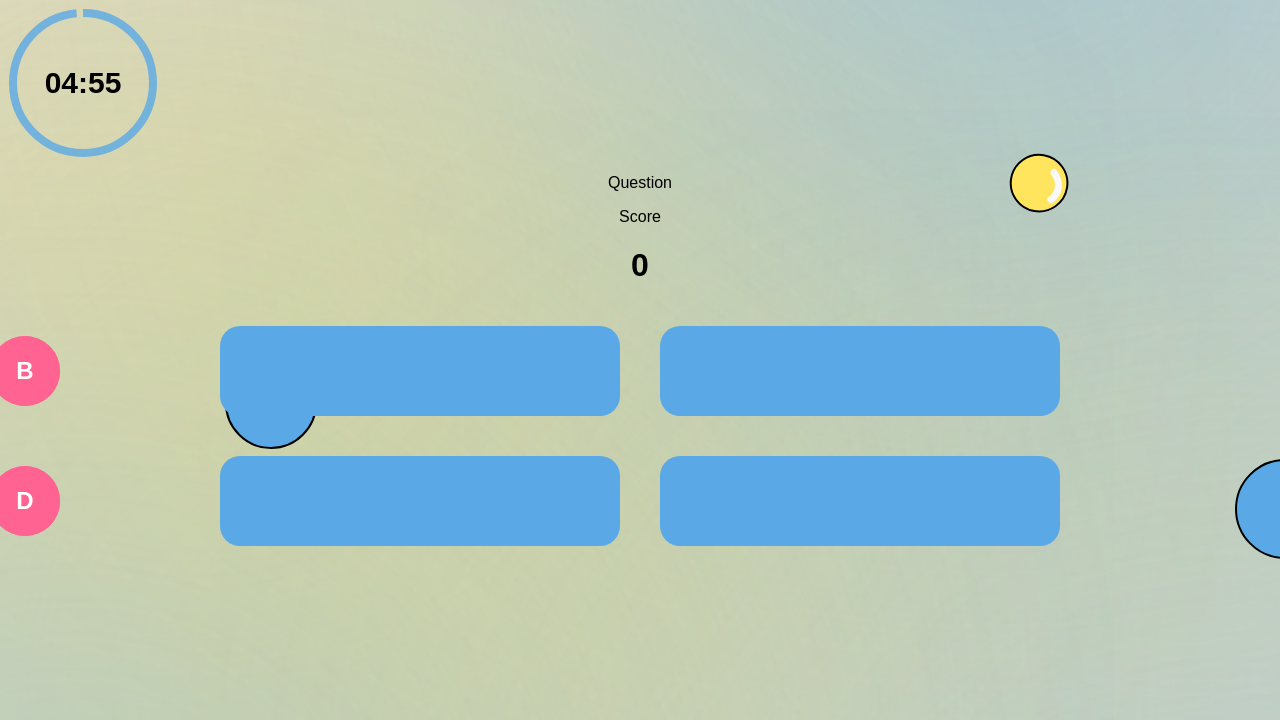
Repository: sierralaurent/SmartiePants
Page: quiz.html
These files come from the project's save history. The page is drawn as it stood at one moment and after the next save; the edit follows.
The browser window is 1280 px wide. The pictures show the whole page.
The page's requests for data from a server got no answer.

Above is the page before, as saved 2023-05-16 21:59:13.

### quiz.html
<!DOCTYPE html>
<html lang="en">
    <!--Actual Quiz page-->
  <head>
    <meta charset="UTF-8" />
    <meta name="viewport" content="width=device-width, initial-scale=1.0" />
    <meta http-equiv="X-UA-Compatible" content="ie=edge" />
    <title>SMARTIEPANTS | PLAY</title>
    <link rel="stylesheet" href="quiz.css" />
  </head>
<body>
  <div id="time">
    <div class="circle" style="--clr:#ff2972">
        <div class="dots"></div>
        <svg>
            <circle cx="70" cy="70" r="70" id="dd"></circle>
        </svg>
        <div id="timeLeft">00:00</div>
    </div>
</div>

<div class="container">
    <div id="loader"></div>
    <div id="game" >
      <div id="hud">
        <div id="hud-item">
          <p id="progressText">
            Question
          </p>
          <div id="progressBar">
            <div id="progressBarFull"></div>
          </div>
        </div>
        <div id="hud-item">
          <p>
            Score
          </p>
          <h1 id="score">
            0
          </h1>
        </div>
      </div>
      <h2 id="question"></h2>
      <div class="choice-a-b">
        <div class="choice-container">
          <p class="choice-prefix">A </p> &nbsp;
          <p class="choice-text" data-number="1"></p>
        </div>
        <div class="choice-container">
          <p class="choice-prefix">B </p>&nbsp;
          <p class="choice-text" data-number="2"></p>
        </div>
      </div>


<div class="choice-c-d">
  <div class="choice-container">
    <p class="choice-prefix">C </p>
    <p class="choice-text" data-number="3"></p>
  </div>
  <div class="choice-container">
    <p class="choice-prefix">D </p>
    <p class="choice-text" data-number="4"></p>
  </div>
</div>

    </div>
  </div>
  <script src="quiz.js"></script>
  <script src="timer.js"></script>
</body>
</html>

### quiz.css
body {
    background-image: url('./background.svg');
}

#time .circle svg{
    position: relative;
    width: 150px;
    height: 150px;
    transform: rotate(270deg);
    }

    #time .circle svg circle{
        fill: transparent;
        stroke-width: 8;
        stroke: rgba(90, 169, 230, 0.8);
        transform: translate(5px,5px);
        stroke-dasharray: 440;
    }

    #time .circle{
        position: relative;
        width: 150px;
        height: 150px;
        display: flex;
        justify-content: center;
        align-items: center;
    }

    #time div{
        position: absolute;
        text-align: center;
        font-family: Arial, Helvetica, sans-serif;
        font-weight: bold;
        font-size: 30px;
    }

    .container{
        display: flex;
        justify-content: center;
        text-align: center;
        font-family: Arial, Helvetica, sans-serif;
    }

.choice-container{
    display: flex;
    align-items: center;
    background-color: rgba(90, 169, 230, 1);
    margin: 20px;
    justify-content: center;
    font-size: 24px;
    padding: 20px;
    border-radius: 20px;
    color: white;
    width: 360px;
    height: 50px;
    font-weight: bold;

}

.choice-a-b{
    display: flex;
     justify-content: center;
}

.choice-c-d{
    display: flex;
     justify-content: center;
}

.choice-prefix{
   width: 70px;
  height: 70px;
  border-radius: 100%;
  background: #FF6392;
  color: white;
  display: flex;
  align-items: center;
  justify-content: center;
  font-size: 24px;
position: absolute; /* Position the circle absolutely */
  left: -10px;
}

### quiz.js
const question = document.getElementById('question');
const choices = Array.from(document.getElementsByClassName('choice-text'));
const progressText = document.getElementById('progressText');
const scoreText = document.getElementById('score');
const progressBarFull = document.getElementById('progressBarFull');
const loader = document.getElementById('loader');
const game = document.getElementById('game');
let currentQuestion = {};
let acceptingAnswers = false;
let score = 0;
let questionCounter = 0;
let availableQuesions = [];

let questions = [];

fetch(
    'https://opentdb.com/api.php?amount=10&difficulty=easy&type=multiple'
)
    .then((res) => {
        return res.json();
    })
    .then((loadedQuestions) => {
        questions = loadedQuestions.results.map((loadedQuestion) => {
            const formattedQuestion = {
                question: loadedQuestion.question,
            };

            const answerChoices = [...loadedQuestion.incorrect_answers];
            formattedQuestion.answer = Math.floor(Math.random() * 4) + 1;
            answerChoices.splice(
                formattedQuestion.answer - 1,
                0,
                loadedQuestion.correct_answer
            );

            answerChoices.forEach((choice, index) => {
                formattedQuestion['choice' + (index + 1)] = choice;
            });

            return formattedQuestion;
        });

        startGame();
    })
    .catch((err) => {
        console.error(err);
    });

//CONSTANTS
const CORRECT_BONUS = 10;
const MAX_QUESTIONS = 10;

startGame = () => {
    questionCounter = 0;
    score = 0;
    availableQuesions = [...questions];
    getNewQuestion();
    game.classList.remove('hidden');
    loader.classList.add('hidden');
};

getNewQuestion = () => {
    if (availableQuesions.length === 0 || questionCounter >= MAX_QUESTIONS) {
        localStorage.setItem('mostRecentScore', score);
        //go to the end page
        return window.location.assign('/end.html');
    }
    questionCounter++;
    progressText.innerText = `Question ${questionCounter}/${MAX_QUESTIONS}`;
    //Update the progress bar
    progressBarFull.style.width = `${(questionCounter / MAX_QUESTIONS) * 100}%`;

    const questionIndex = Math.floor(Math.random() * availableQuesions.length);
    currentQuestion = availableQuesions[questionIndex];
    question.innerHTML = currentQuestion.question;

    choices.forEach((choice) => {
        const number = choice.dataset['number'];
        choice.innerHTML = currentQuestion['choice' + number];
    });

    availableQuesions.splice(questionIndex, 1);
    acceptingAnswers = true;
};

choices.forEach((choice) => {
    choice.addEventListener('click', (e) => {
        if (!acceptingAnswers) return;

        acceptingAnswers = false;
        const selectedChoice = e.target;
        const selectedAnswer = selectedChoice.dataset['number'];

        const classToApply =
            selectedAnswer == currentQuestion.answer ? 'correct' : 'incorrect';

        if (classToApply === 'correct') {
            incrementScore(CORRECT_BONUS);
        }

        selectedChoice.parentElement.classList.add(classToApply);

        setTimeout(() => {
            selectedChoice.parentElement.classList.remove(classToApply);
            getNewQuestion();
        }, 1000);
    });
});

incrementScore = (num) => {
    score += num;
    scoreText.innerText = score;
};

### timer.js

        let timeLeft = document.getElementById("timeLeft");
        let countdownCircle = document.getElementById('dd');
        let dots = document.querySelector('.dots');
        let endTime = new Date();
        endTime.setMinutes(endTime.getMinutes() + 5);

        let x = setInterval(function(){
            let now = new Date().getTime();
            let distance = endTime - now;


            let minutes = Math.floor((distance % (1000 * 60 * 60)) / (1000 * 60));
            let seconds = Math.floor((distance % (1000 * 60)) / 1000);


            timeLeft.innerHTML = minutes.toString().padStart(2, '0') + ":" +
                                  seconds.toString().padStart(2, '0');


            let radius = (distance / (endTime - now)) * 70;
            countdownCircle.setAttribute('r', radius);

            if (distance <= 0) {
                clearInterval(x);
                timeLeft.innerHTML = "00:00";
                showAlert();

            }

            dd.style.strokeDashoffset = 440 - (440 * (distance / (5 * 60 * 1000)));

        }, 1000);
        function showAlert(){
            alert("time is over");
        }

After the next save:
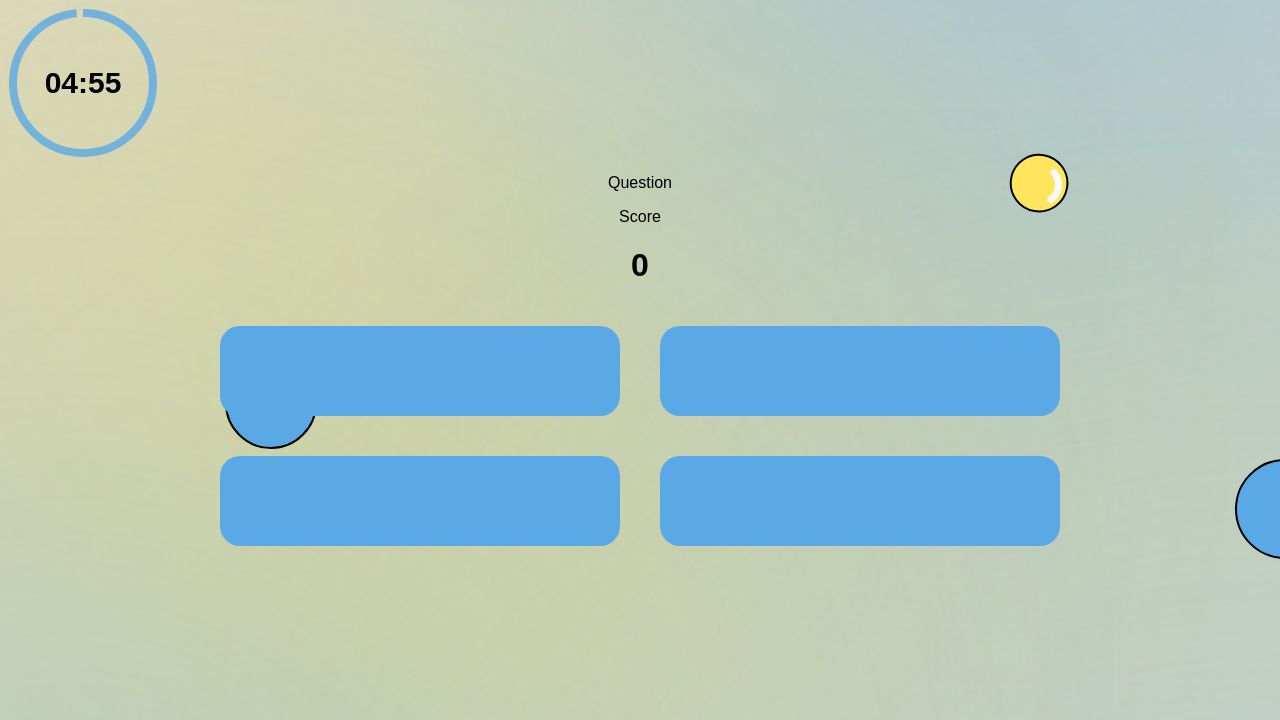
Saved 6 s later.
--- a/quiz.css
+++ b/quiz.css
@@ -78,5 +78,5 @@ body {
   justify-content: center;
   font-size: 24px;
 position: absolute; /* Position the circle absolutely */
-  left: -10px;
+  left: -100px;
 }
